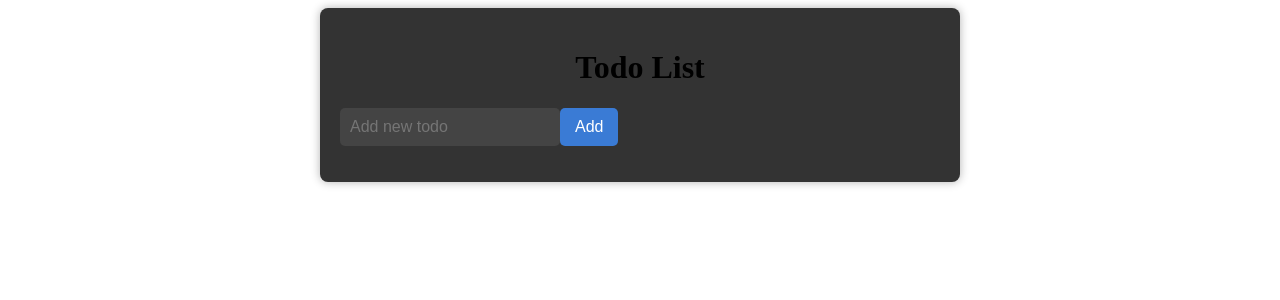
Repository: Tobby004/Todo-assignment
Page: / (app in todo-list-app/)
These files come from the project's save history. The page is drawn as it stood at one moment and after the next save; the edit follows.
The browser window is 1280 px wide. The pictures show the whole page.
The project was rebuilt for these pictures with package versions that can differ from the ones it lists, and the page was loaded fresh each time. Also part of the build but not shown: todo-list-app/vue.config.js.

Above is the page before, as saved 2023-12-06 16:15:33.

After the next save:
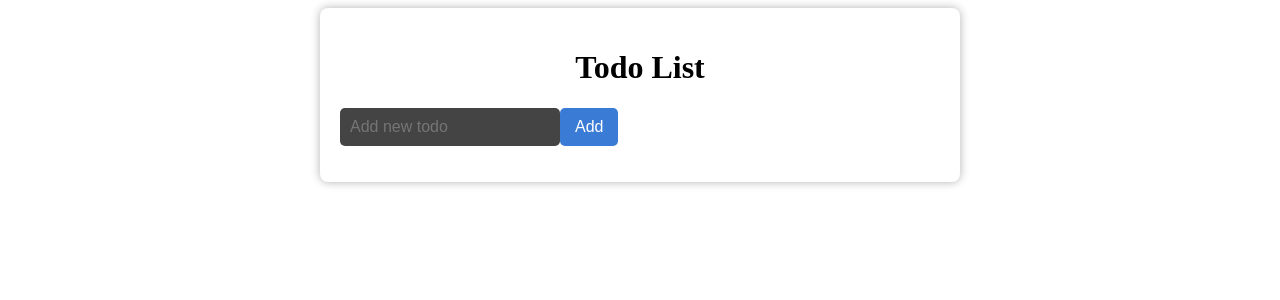
Saved 28 min 41 s later.
--- a/todo-list-app/src/App.vue
+++ b/todo-list-app/src/App.vue
@@ -62,7 +62,7 @@
   max-width: 600px;
   margin: 0 auto;
   padding: 20px;
-  background-color: #333;
+  background-color: white;
   border-radius: 8px;
   box-shadow: 0 0 10px rgba(0, 0, 0, 0.3);
 }

After the save that followed:
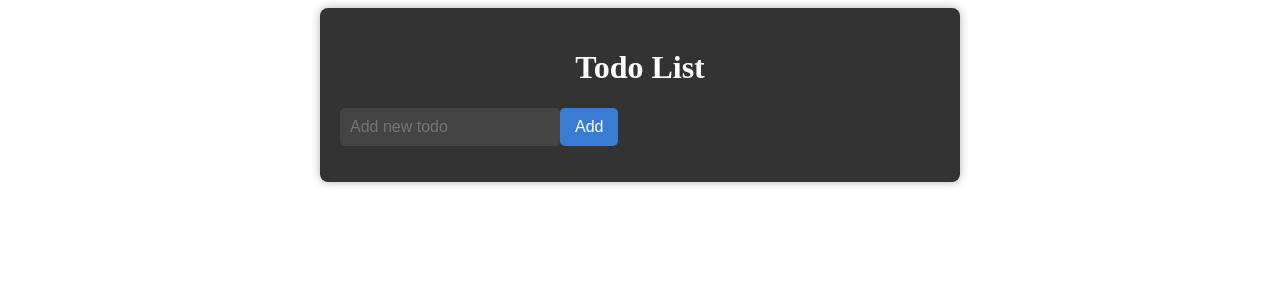
Saved 115 s later.
--- a/todo-list-app/src/App.vue
+++ b/todo-list-app/src/App.vue
@@ -57,12 +57,15 @@
   background-color: #222;
   color: #eee;
 }
+h1 {
+  color: #fff;
+}
 
 #app {
   max-width: 600px;
   margin: 0 auto;
   padding: 20px;
-  background-color: white;
+  background-color: #333;
   border-radius: 8px;
   box-shadow: 0 0 10px rgba(0, 0, 0, 0.3);
 }
@@ -109,6 +112,7 @@
   margin-bottom: 8px;
   background-color: #555;
   border-radius: 5px;
+  color: white;
   transition: background-color 0.3s ease;
 }
 
